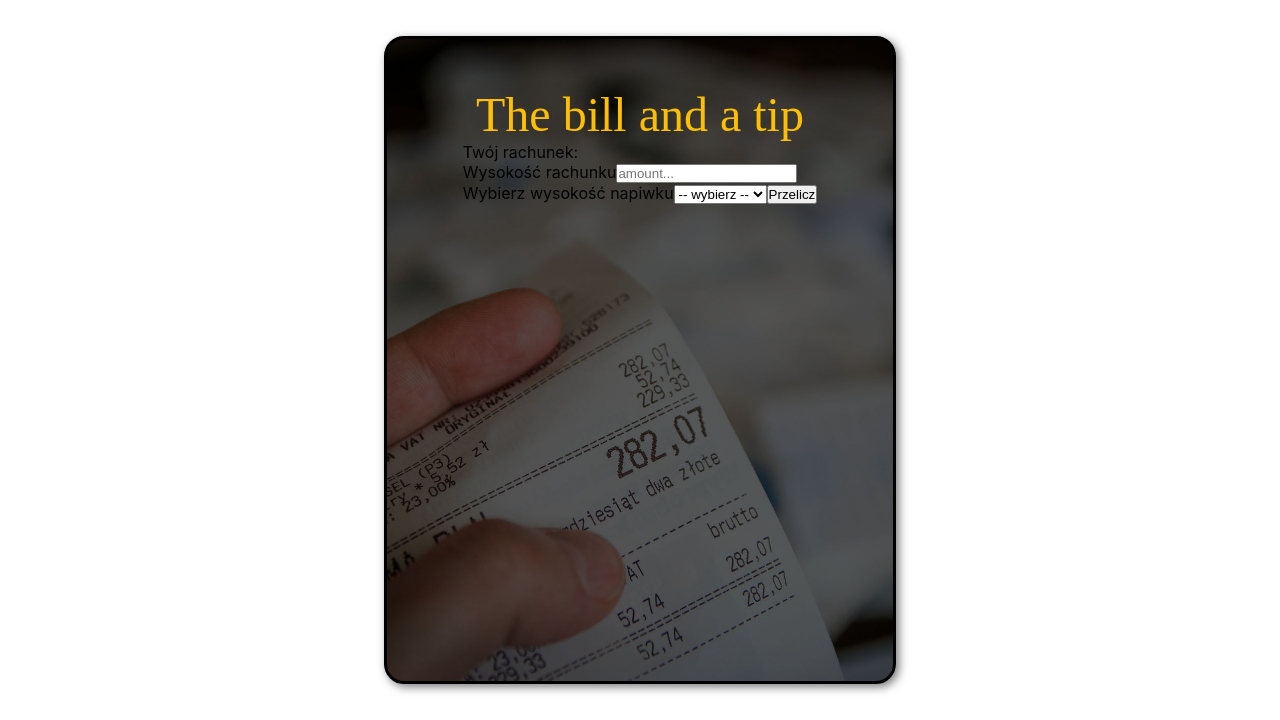
Repository: KrzysKolo/sr_tydzien4_zad1
Page: /
These files come from the project's save history. The page is drawn as it stood at one moment and after the next save; the edit follows.
The browser window is 1280 px wide. The pictures show the whole page.
Some web fonts or font styles are not loaded; a fallback is used. The project was rebuilt for these pictures with package versions that can differ from the ones it lists, and the page was loaded fresh each time.

Above is the page before, as saved 2020-11-06 10:33:25.

### public/index.html
<!DOCTYPE html>
<html lang="en">
  <head>
    <meta charset="utf-8" />
    <link rel="icon" href="%PUBLIC_URL%/favicon.ico" />
    <meta name="viewport" content="width=device-width, initial-scale=1" />
    <meta name="theme-color" content="#000000" />
    <meta
      name="description"
      content="Web site created using create-react-app"
    />
    <link rel="apple-touch-icon" href="%PUBLIC_URL%/logo192.png" />
    <!--
      manifest.json provides metadata used when your web app is installed on a
      user's mobile device or desktop. See https://developers.google.com/web/fundamentals/web-app-manifest/
    -->
    <link rel="manifest" href="%PUBLIC_URL%/manifest.json" />
    <!--
      Notice the use of %PUBLIC_URL% in the tags above.
      It will be replaced with the URL of the `public` folder during the build.
      Only files inside the `public` folder can be referenced from the HTML.

      Unlike "/favicon.ico" or "favicon.ico", "%PUBLIC_URL%/favicon.ico" will
      work correctly both with client-side routing and a non-root public URL.
      Learn how to configure a non-root public URL by running `npm run build`.
    -->
    <link href="https://fonts.googleapis.com/css2?family=Calligraffitti&family=Shadows+Into+Light+Two&family=Skranji&display=swap" rel="stylesheet">
    <title>Bill and tip</title>
  </head>
  <body>
    <noscript>You need to enable JavaScript to run this app.</noscript>
    <div id="root"></div>
    <!--
      This HTML file is a template.
      If you open it directly in the browser, you will see an empty page.

      You can add webfonts, meta tags, or analytics to this file.
      The build step will place the bundled scripts into the <body> tag.

      To begin the development, run `npm start` or `yarn start`.
      To create a production bundle, use `npm run build` or `yarn build`.
    -->
  </body>
</html>

### src/App.js
import './App.css';
import BillCard from './components/BillCard';
const App = () => {
  return (
    <div>
      <BillCard/>
    </div>
   );
}

export default App;

### src/components/BillCard.js
import React, { Component } from 'react';
import HeaderCard from './HeaderCard';
import SectionCard from './SectionCard';
import './BillCard.css';
class BillCard extends Component {
    state = {  }
    render() {
        return (
            <div className="billCard__wrapper">
                <HeaderCard/>
                <SectionCard />
            </div>
         );
    }
}

export default BillCard;

### src/components/HeaderCard.js
import React from 'react';
const HeaderCard = () => {
    return (
        <div className="billCard__header">
            The bill and a tip
        </div>
     );
}

export default HeaderCard;

### src/components/SectionCard.js
import React, { Component } from 'react';
class SectionCard extends Component {
    state = {  }
    render() {
        return (
            <section>
                <p>Twój rachunek: </p>
                <form>
                    <label for="form__input-amount">Wysokość rachunku</label>
                    <input type="text" id="form__input-amount" name="amount" placeholder="amount..." /><br/>
                    <label for="form__select">Wybierz wysokość napiwku</label>
                    <select name="tip" id="cars">
                        <option value="">-- wybierz --</option>
                        <option value="5">5%</option>
                        <option value="10">10%</option>
                        <option value="15">15%</option>
                        <option value="20">20%</option>
                    </select>
                    <button type="submit">Przelicz</button>
                </form>
            </section>
         );
    }
}

export default SectionCard;

### src/components/BillCard.css
.billCard__wrapper {
  width: 40vw;
  height: 90vh;
  background: url("./../image/bill.jpg");
  background-size: cover;
  border: 3px solid black;
  border-radius: 20px;
  box-shadow: 3px 3px 10px #7a7a7a;
  display: flex;
  flex-direction: column;
  align-items: center;
  margin: 5vh auto;
}
.billCard__header {
  font-family: "Skranji", cursive;
  font-size: 3rem;
  color: rgb(253, 191, 0);
  margin-top: 3rem;
}

Loaded but not shown: src/index.js (common file); src/index.css (common file); src/App.css (common file)

After the next save:
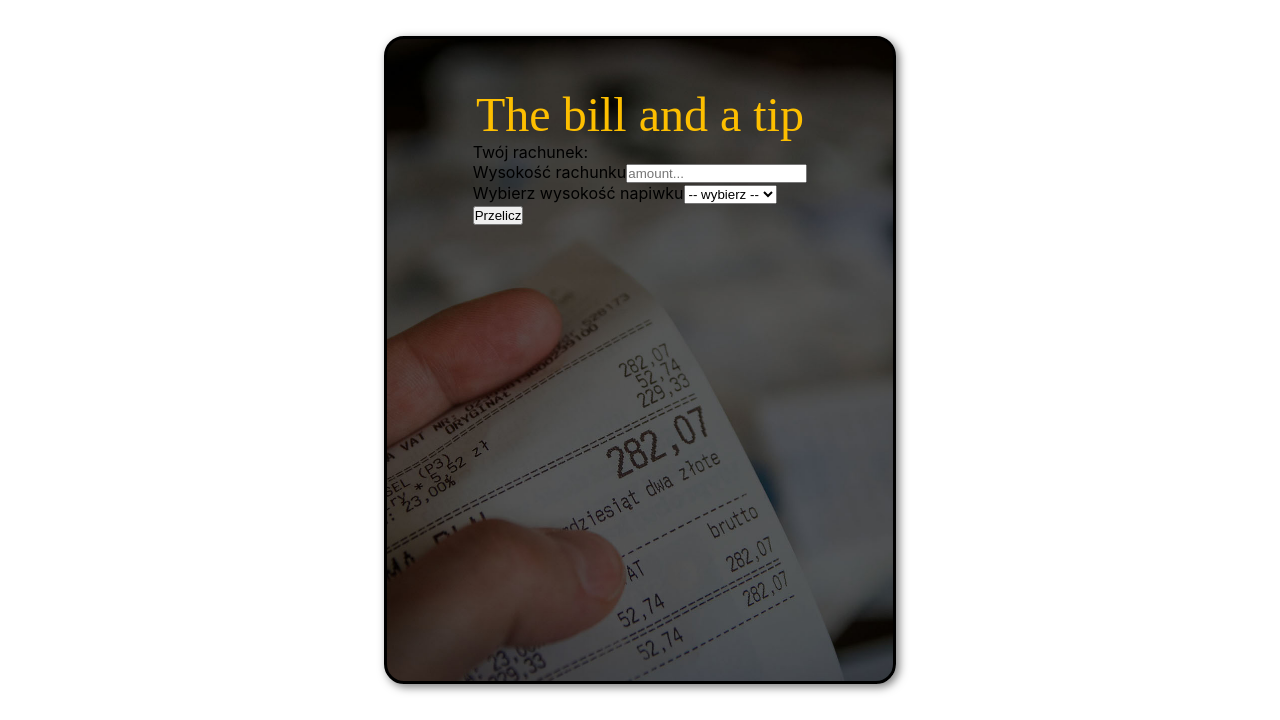
Saved 18 s later.
--- a/src/components/SectionCard.js
+++ b/src/components/SectionCard.js
@@ -15,7 +15,7 @@ class SectionCard extends Component {
                         <option value="10">10%</option>
                         <option value="15">15%</option>
                         <option value="20">20%</option>
-                    </select>
+                    </select> <br />
                     <button type="submit">Przelicz</button>
                 </form>
             </section>
